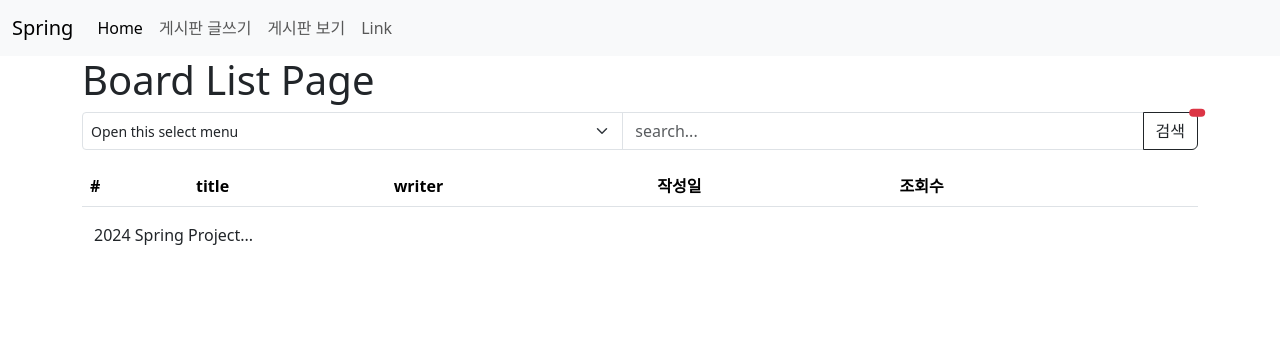
Repository: oco0217/SpringTest2
Page: http://localhost/spring_test2/WEB-INF/views/board/list.jsp
These files come from the project's save history. The page is drawn as it stood at one moment and after the next save; the edit follows.
The browser window is 1280 px wide. The pictures show the whole page.
The page is served by Tomcat 9. Nobody is signed in. Other server files are loaded and not shown. The template is opened directly, without the code that normally fills it, so the values that code supplies are empty.

Above is the page before, as saved 2024-05-02 00:54:36.

### spring_test2/src/main/webapp/WEB-INF/views/board/list.jsp
<%@ page language="java" contentType="text/html; charset=UTF-8"
	pageEncoding="UTF-8"%>
<%@ taglib uri="http://java.sun.com/jsp/jstl/core" prefix="c"%>

<jsp:include page="../layout/header.jsp" />

<div class="container-md">

	<h1>Board List Page</h1>

	<!-- 검색라인 -->
	 <form class="d-flex" action="/board/list" method="get">
		<div class="input-group mb-3">
			<select name="type" class="form-select form-select-sm"
				aria-label="Small select example">
				<option ${ph.pgvo.type == null ? 'selected' : '' } selected >Open this select menu</option>
				<option ${ph.pgvo.type eq 't' ? 'selected' : '' } value="t">게시글</option>
				<option ${ph.pgvo.type eq 'w' ? 'selected' : '' } value="w">작성자</option>
				<option ${ph.pgvo.type eq 'c' ? 'selected' : '' } value="c">내용</option>
				<option ${ph.pgvo.type eq 'tc' ? 'selected' : '' } value="tc">제목+내용</option>
				<option ${ph.pgvo.type eq 'wc' ? 'selected' : '' } value="wc">작성자+내용</option>
				<option ${ph.pgvo.type eq 'tw' ? 'selected' : '' } value="tw">제목+작성자</option>
				<option ${ph.pgvo.type eq 'twc' ? 'selected' : '' } value="twc">전체</option>
			</select>
			<input name="keyword" type="text" class="form-control"aria-label="Text input with dropdown button" placeholder="search..." value="${ph.pgvo.keyword}">
				<input type="hidden" name="pageNo" value="1" >
				<input type="hidden" name="qty" value="10">
			<button type="submit" class="btn btn-outline-dark position-relative">
				검색 <span
					class="position-absolute top-0 start-100 translate-middle badge rounded-pill bg-danger">
					${ph.totalCount } <span class="visually-hidden">unread messages</span>
				</span>
			</button>
		</div>
	</form>


	<table class="table table-hover">
		<thead>
			<tr>
				<th>#</th>
				<th>title</th>
				<th>writer</th>
				<th>작성일</th>
				<th>조회수</th>
				<th></th>
			</tr>
		</thead>

		<tbody>
			<c:forEach items="${list }" var="li">
				<tr>
					<td>${li.bno }</td>
					<td>
					<a href="/board/detail?bno=${li.bno }">${li.title }
					<c:if test="${li. cmtQty ne 0}">
					<strong style="color: red;">[${li.cmtQty }]</strong>
					</c:if>
					</a></td>
					<td>${li.writer }</td>
					<td>${li.regDate }</td>
					<td>${li.readCount }</td>
					<td>
					<c:if test="${li.hasFile ne 0 }">
					<span class="badge text-bg-info">
					${li.hasFile } Image Upload
					</span>
					</c:if>
					</td>
				</tr>
			</c:forEach>
		</tbody>
	</table>


	<!-- 페이지네이션 -->

<%-- 	<nav aria-label="Page navigation example">
		<ul class="pagination justify-content-center">

		<c:if test="${ph.prev }">
			<li class="page-item"><a class="page-link" href="/board/list?pageNo=${ph.startPage-1 }&qty=${ph.pgvo.qty}&type=${ph.pgvo.type}&keyword=${ph.pgvo.keyword}"
				aria-label="Previous"> <span aria-hidden="true">&laquo;</span></a></li>
		</c:if>


				<c:forEach begin="${ph.startPage }" end="${ph.endPage }" var="i">
			<li class="page-item"><a class="page-link" href="/board/list?pageNo=${i }&qty=${ph.pgvo.qty}&type=${ph.pgvo.type}&keyword=${ph.pgvo.keyword}"> ${i } </a></li>
				</c:forEach>

				<c:if test="${ph.next }">
			<li class="page-item"><a class="page-link" href="/board/list?pageNo=${ph.endPage+1 }&qty=${ph.pgvo.qty}&type=${ph.pgvo.type}&keyword=${ph.pgvo.keyword}"
				aria-label="Next"> <span aria-hidden="true">&raquo;</span>
			</a></li>
				</c:if>
		</ul>
	</nav> --%>


	<jsp:include page="../layout/footer.jsp" />
</div>

### spring_test2/src/main/webapp/WEB-INF/views/layout/header.jsp
<%@ page language="java" contentType="text/html; charset=UTF-8"
    pageEncoding="UTF-8"%>
    <%@ taglib uri="http://java.sun.com/jsp/jstl/core" prefix="c" %>
<!DOCTYPE html>
<html>
<head>
<meta charset="UTF-8">
<title>header.jsp</title>
<link href="https://cdn.jsdelivr.net/npm/bootstrap@5.3.3/dist/css/bootstrap.min.css" rel="stylesheet" integrity="sha384-QWTKZyjpPEjISv5WaRU9OFeRpok6YctnYmDr5pNlyT2bRjXh0JMhjY6hW+ALEwIH" crossorigin="anonymous">
<script src="https://cdn.jsdelivr.net/npm/bootstrap@5.3.3/dist/js/bootstrap.bundle.min.js" integrity="sha384-YvpcrYf0tY3lHB60NNkmXc5s9fDVZLESaAA55NDzOxhy9GkcIdslK1eN7N6jIeHz" crossorigin="anonymous"></script>
</head>
<body>
<nav class="navbar navbar-expand-lg bg-body-tertiary">
  <div class="container-fluid">
    <a class="navbar-brand" href="#">Spring</a>
    <button class="navbar-toggler" type="button" data-bs-toggle="collapse" data-bs-target="#navbarSupportedContent" aria-controls="navbarSupportedContent" aria-expanded="false" aria-label="Toggle navigation">
      <span class="navbar-toggler-icon"></span>
    </button>
    <div class="collapse navbar-collapse" id="navbarSupportedContent">
      <ul class="navbar-nav me-auto mb-2 mb-lg-0">
        <li class="nav-item">
          <a class="nav-link active" aria-current="page" href="/">Home</a>
        </li>
        <li class="nav-item">
          <a class="nav-link" href="/board/register">게시판 글쓰기</a>
        </li>
        <li class="nav-item">
          <a class="nav-link" href="/board/list">게시판 보기</a>
        </li>
<%--         <c:if test="${ses eq null }">
        <li class="nav-item">
          <a class="nav-link" href="/member/register">회원가입</a>
        </li>
        <li class="nav-item">
          <a class="nav-link" href="/member/login">로그인</a>
        </li>
        </c:if>
        <c:if test="${ses ne null }">
        <li class="nav-item">
          <a class="nav-link" href="/member/logout">로그아웃</a>
        </li>
        <li class="nav-item">
          <a class="nav-link" href="/member/modify">${ses.id }(${ses.email }) Welcome!!</a>
        </li>
        </c:if> --%>
        <li class="nav-item">
          <a class="nav-link" href="http://www.google.com" target="_blank" >Link</a>
        </li>
      </ul>
    </div>
  </div>
</nav>

### spring_test2/src/main/webapp/WEB-INF/views/layout/footer.jsp
<%@ page language="java" contentType="text/html; charset=UTF-8"
    pageEncoding="UTF-8"%>

<div class="container-md">
2024 Spring Project...
</div>

</body>
</html>

After the next save:
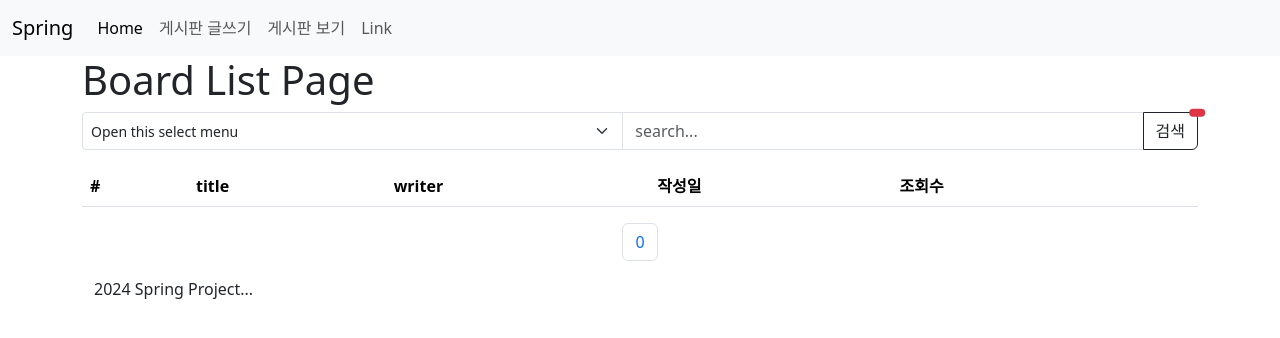
Saved 9 s later.
--- a/spring_test2/src/main/webapp/WEB-INF/views/board/list.jsp
+++ b/spring_test2/src/main/webapp/WEB-INF/views/board/list.jsp
@@ -75,7 +75,7 @@
 
 	<!-- 페이지네이션 -->
 
-<%-- 	<nav aria-label="Page navigation example">
+ 	<nav aria-label="Page navigation example">
 		<ul class="pagination justify-content-center">
 
 		<c:if test="${ph.prev }">
@@ -94,7 +94,7 @@
 			</a></li>
 				</c:if>
 		</ul>
-	</nav> --%>
+	</nav>
 
 
 	<jsp:include page="../layout/footer.jsp" />
